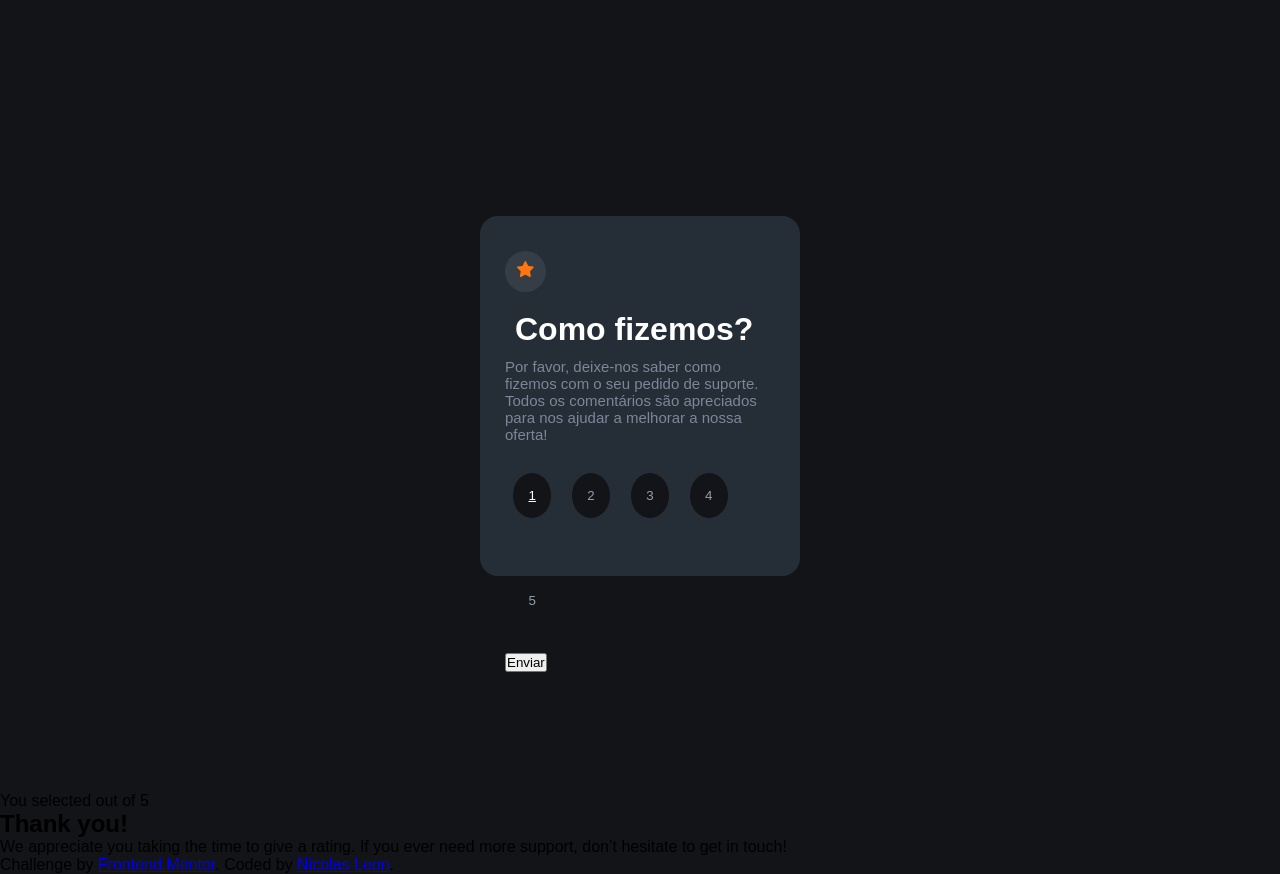
Repository: Leonngc/projeto-avaliacao
Page: index.html
These files come from the project's save history. The page is drawn as it stood at one moment and after the next save; the edit follows.
The browser window is 1280 px wide. The pictures show the whole page.
The pointer rests on the first visible `#avaliation-btns input`.

Above is the page before, as saved 2023-01-26 11:46:30.

### index.html
<!DOCTYPE html>
<html lang="en">
<head>
  <meta charset="UTF-8">
  <meta name="viewport" content="width=device-width, initial-scale=1.0"> <!-- displays site properly based on user's device -->

  <link rel="icon" type="image/png" sizes="32x32" href="./images/favicon-32x32.png">

  <title>Frontend Mentor | Interactive rating component</title>

  <link rel="stylesheet" href="styles/style.css">
</head>
<body>

  <!-- Rating state start -->
<form id="avaliation-form">

  <span id="icon-star">
    <img src="images/icon-star.svg" alt="">
  </span>

    <h1>Como fizemos?</h1>

    <p>
      Por favor, deixe-nos saber como fizemos com o seu pedido de suporte. Todos os comentários são apreciados
      para nos ajudar a melhorar a nossa oferta!
    </p>

    <div id="avaliation-btns">
      <input type="button" value="1" class="avaliation">
      <input type="button" value="2" class="avaliation">
      <input type="button" value="3"  class="avaliation">
      <input type="button" value="4"  class="avaliation">
      <input type="button" value="5"  class="avaliation">
    </div>

    <input type="submit" onclick="sent()" value="Enviar"></input>
</form>

  <!-- Rating state end -->

  <!-- Thank you state start -->

  <section id="result-avaliation">
    <p id="avaliacao-user">You selected <!-- Add rating here --> out of 5</p>
    <h1>Thank you!</h1>
    <p>
      We appreciate you taking the time to give a rating. If you ever need more support,
      don’t hesitate to get in touch!
    </p>
  </section>

  <!-- Thank you state end -->


  <div class="attribution">
    Challenge by <a href="https://www.frontendmentor.io?ref=challenge" target="_blank">Frontend Mentor</a>.
    Coded by <a href="#">Nicolas Leon</a>.
  </div>
</body>
</html>

### styles/style.css

:root{
    --very-dark-blue:hsl(216, 12%, 8%);
    --dark-blue:hsl(213, 19%, 18%);
    --medium-grey: hsl(216, 12%, 54%);
    --light-grey:hsl(217, 12%, 63%);
}

*{
    margin: 0;
    padding: 0;
    box-sizing: border-box;
}

body{
    background-color:var(--very-dark-blue);
    font-family: Arial, Helvetica, sans-serif
}
span{
    background-color: rgba(255, 255, 255, 0.074);
    padding: 12px;
    border-radius: 50%;
    text-align: center;
}

span > img{
    margin-top: 20px;
}

#avaliation-form{
    background-color:var(--dark-blue);
    width: 25vw;
    height: 50vh;
    padding: 25px;
    margin: 30vh auto;
    color: white;
    border-radius: 18px;
}

#avaliation-form > h1{
    padding: 10px;
    margin-top: 20px;
}

#avaliation-form > p{
    color:var(--medium-grey);
    font-size: 15px;
}

.avaliation{
    margin: 30px 8px;
    border-radius: 66%;
    padding: 15px;
    border: none;
    background-color: var(--very-dark-blue);
    color: var(--light-grey);
    width: 3vw;
    cursor: pointer;
}

#avaliation-btns input:hover{
    background-color: ;
    color:white;
    text-decoration: underline;
}

After the next save:
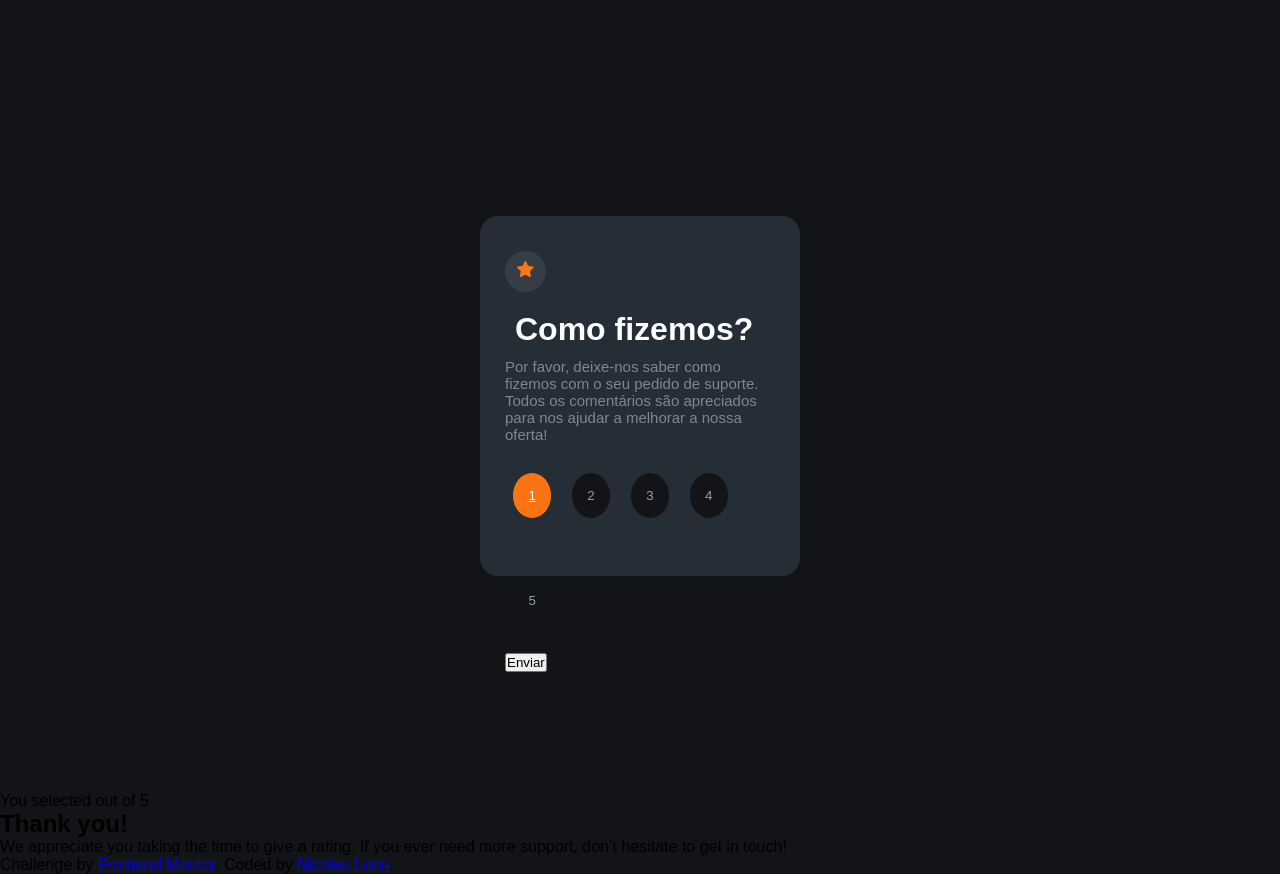
Saved 6 s later.
--- a/styles/style.css
+++ b/styles/style.css
@@ -59,7 +59,7 @@ span > img{
 }
 
 #avaliation-btns input:hover{
-    background-color: ;
+    background-color: hsl(25, 97%, 53%);
     color:white;
     text-decoration: underline;
 }
